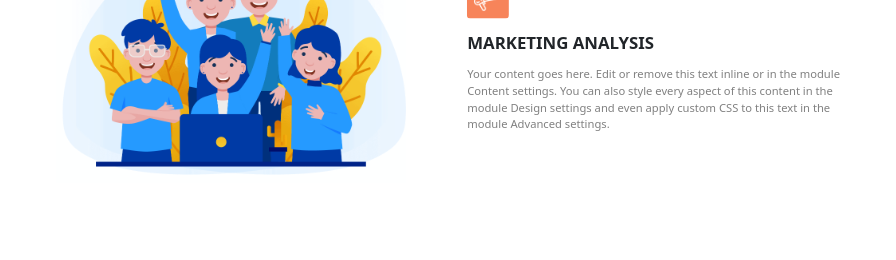
Repository: meherujjahan/Molti-website
Page: index.html
These files come from the project's save history. The page is drawn as it stood at one moment and after the next save; the edit follows.
The browser window is 1280 px wide. The pictures show the part of the page from y = 3579 to 5499 px (the page is 3951 px tall before and 5499 px after), at 70% of full size.
Some web libraries are served in a nearby version.

Above is the page before, as saved 2022-03-08 20:10:30.

### index.html
<!DOCTYPE html>
<html lang="en">
  <head>
    <meta charset="UTF-8" />
    <meta http-equiv="X-UA-Compatible" content="IE=edge" />
    <meta name="viewport" content="width=device-width, initial-scale=1.0" />

    <!-- bootstrap stylesheet -->
    <link
      href="https://cdn.jsdelivr.net/npm/bootstrap@5.1.3/dist/css/bootstrap.min.css"
      rel="stylesheet"
      integrity="sha384-1BmE4kWBq78iYhFldvKuhfTAU6auU8tT94WrHftjDbrCEXSU1oBoqyl2QvZ6jIW3"
      crossorigin="anonymous"
    />
    <!-- font awesome -->
    <script
      src="https://kit.fontawesome.com/c5589b6d71.js"
      crossorigin="anonymous"
    ></script>
    <!-- google font  -->
    <style>
      @import url("https://fonts.googleapis.com/css2?family=Roboto&display=swap");
    </style>
    <!-- CSS styleSheet -->
    <link rel="stylesheet" href="myStyle.css" />
    <title>Molti Wesite</title>
  </head>
  <body>
    <header>
      <div class="header">
        <div>
          <nav class="navbar navbar-expand-lg fw-bold navbar-light bg-light">
            <div class="container-fluid">
              <img class="logo-img" src="/Image/Molti-Logo.png" alt="" />
              <button
                class="navbar-toggler"
                type="button"
                data-bs-toggle="collapse"
                data-bs-target="#navbarNavDropdown"
                aria-controls="navbarNavDropdown"
                aria-expanded="false"
                aria-label="Toggle navigation"
              >
                <span class="navbar-toggler-icon"></span>
              </button>
              <div class="collapse navbar-collapse" id="navbarNavDropdown">
                <ul class="navbar-nav">
                  <li class="nav-item">
                    <a class="nav-link active" aria-current="page" href="#"
                      >Home</a
                    >
                  </li>
                  <li class="nav-item dropdown">
                    <a
                      class="nav-link dropdown-toggle"
                      href="#"
                      id="navbarDropdownMenuLink1"
                      role="button"
                      data-bs-toggle="dropdown"
                      aria-expanded="false"
                    >
                      Pages
                    </a>
                    <ul
                      class="dropdown-menu"
                      aria-labelledby="navbarDropdownMenuLink"
                    >
                      <li><a class="dropdown-item" href="#">Action</a></li>
                      <li>
                        <a class="dropdown-item" href="#">Another action</a>
                      </li>
                      <li>
                        <a class="dropdown-item" href="#"
                          >Something else here</a
                        >
                      </li>
                    </ul>
                  </li>
                  <li class="nav-item dropdown">
                    <a
                      class="nav-link dropdown-toggle"
                      href="#"
                      id="navbarDropdownMenuLink2"
                      role="button"
                      data-bs-toggle="dropdown"
                      aria-expanded="false"
                    >
                      Services
                    </a>
                    <ul
                      class="dropdown-menu"
                      aria-labelledby="navbarDropdownMenuLink"
                    >
                      <li><a class="dropdown-item" href="#">Action</a></li>
                      <li>
                        <a class="dropdown-item" href="#">Another action</a>
                      </li>
                      <li>
                        <a class="dropdown-item" href="#"
                          >Something else here</a
                        >
                      </li>
                    </ul>
                  </li>
                  <li class="nav-item dropdown">
                    <a
                      class="nav-link dropdown-toggle"
                      href="#"
                      id="navbarDropdownMenuLink3"
                      role="button"
                      data-bs-toggle="dropdown"
                      aria-expanded="false"
                    >
                      Blogs
                    </a>
                    <ul
                      class="dropdown-menu"
                      aria-labelledby="navbarDropdownMenuLink"
                    >
                      <li><a class="dropdown-item" href="#">Action</a></li>
                      <li>
                        <a class="dropdown-item" href="#">Another action</a>
                      </li>
                      <li>
                        <a class="dropdown-item" href="#"
                          >Something else here</a
                        >
                      </li>
                    </ul>
                  </li>
                  <li class="nav-item dropdown">
                    <a
                      class="nav-link dropdown-toggle"
                      href="#"
                      id="navbarDropdownMenuLink4"
                      role="button"
                      data-bs-toggle="dropdown"
                      aria-expanded="false"
                    >
                      Portfolio
                    </a>
                    <ul
                      class="dropdown-menu"
                      aria-labelledby="navbarDropdownMenuLink"
                    >
                      <li><a class="dropdown-item" href="#">Action</a></li>
                      <li>
                        <a class="dropdown-item" href="#">Another action</a>
                      </li>
                      <li>
                        <a class="dropdown-item" href="#"
                          >Something else here</a
                        >
                      </li>
                    </ul>
                  </li>
                  <li class="nav-item dropdown">
                    <a
                      class="nav-link dropdown-toggle"
                      href="#"
                      id="navbarDropdownMenuLink5"
                      role="button"
                      data-bs-toggle="dropdown"
                      aria-expanded="false"
                    >
                      Header & Footer
                    </a>
                    <ul
                      class="dropdown-menu"
                      aria-labelledby="navbarDropdownMenuLink"
                    >
                      <li><a class="dropdown-item" href="#">Action</a></li>
                      <li>
                        <a class="dropdown-item" href="#">Another action</a>
                      </li>
                      <li>
                        <a class="dropdown-item" href="#"
                          >Something else here</a
                        >
                      </li>
                    </ul>
                  </li>
                  <li class="nav-item">
                    <a class="nav-link active" aria-current="page" href="#"
                      >Elements</a
                    >
                  </li>
                  <li>
                    <button class="btn">GET STARTED</button>
                  </li>
                </ul>
              </div>
            </div>
          </nav>
        </div>
      </div>
    </header>
    <main>
      <!-- Banner section -->
      <section>
        <div class="Banner">
          <div class="Banner-text">
            <b>CREATIVE MARKETING</b>
            <h1>
              Get Your Professional <br />
              Website Done With <span>Molti</span>
            </h1>
            <p>
              At vero eos et accusamus iusto odio dignissimos ducimus qui
              blanditiis <br />
              praesentium voluptatum deleniti atque corrupti quos at dolores
              molestias <br />
              excepturi sint occaecati cupiditate.
            </p>
            <div class="Banner-btn">
              <button>ABOUT US</button><button>OUR SERVICES</button>
            </div>
          </div>
          <div>
            <img
              class="Banner-img"
              src="Image/Hero-Illustration-Molti.png"
              alt=""
            />
          </div>
        </div>
      </section>
      <!-- services section -->
      <section>
        <div class="services">
          <div class="service-text">
            <h1>Our <span>Services</span></h1>
            <p>
              Maecenas tempus tellus eget condimentum rhoncus sem quam <br />
              semper libero pulvinar hendrerit id lorem.
            </p>
          </div>

          <div class="service-card">
            <div class="single-card">
              <img src="/Image/Web-Design.png" alt="" />
              <h3>Web Design</h3>
              <p>
                Et harum quidem rerum facilis <br />
                expedita distinctio nam libero <br />
                tempore cum quibusdam nobis.
              </p>
              <i class="fa-solid icon fa-arrow-right-long"></i>
            </div>
            <div class="single-card">
              <img src="/Image/web-developement.png" alt="" />
              <h3>Web Development</h3>
              <p>
                Et harum quidem rerum facilis <br />
                expedita distinctio nam libero <br />
                tempore cum quibusdam nobis.
              </p>
              <i class="fa-solid icon fa-arrow-right-long"></i>
            </div>
            <div class="single-card">
              <img src="/Image/molti-hosting-service.png" alt="" />
              <h3>Web Hosting</h3>
              <p>
                Et harum quidem rerum facilis <br />
                expedita distinctio nam libero <br />
                tempore cum quibusdam nobis.
              </p>
              <i class="fa-solid icon fa-arrow-right-long"></i>
            </div>
          </div>
        </div>
      </section>
      <!-- ABOUT US SECTION -->
      <section>
        <div class="aboutUs">
          <div class="about-text">
            <h1>About <span>Us</span></h1>
            <p>
              Maecenas tempus tellus eget condimentum rhoncus sem quam <br />
              semper libero pulvinar hendrerit id lorem.
            </p>
          </div>
          <div class="aboutUs-card">
            <div class="aboutUs-single-card">
              <div class="aboutUs-1stCard">
                <h3>
                  We’re <span>Passionate</span> About <br />
                  Creating beautiful
                  <span
                    >web <br />
                    Projects</span
                  >
                  for people
                </h3>
                <p>
                  At vero eos accusamus iusto odio dignissim <br />
                  ducimus a blandi praesentium voluptatum <br />
                  deleniti.
                </p>
                <button class="aboutUs-btn">
                  ABOUT US <i class="fa-solid icon2 fa-arrow-right-long"></i>
                </button>
              </div>
            </div>
            <div class="aboutUs-single-card">
              <img src="Image/Our-Mission.png" alt="" />
              <h5>OUR MISSION</h5>
              <p>
                At vero eos accusamus iusto odio dignissim <br />
                ducimus a blandi praesentium voluptatum <br />
                deleniti atque corrupti quos dolores et quas <br />
                molestias excepturi sit occaecati cupiditate <br />
                provident similique sunt.
              </p>
            </div>
            <div class="aboutUs-single-card">
              <img src="Image/Our-Vision.png" alt="" />
              <h5>OUR VISION</h5>
              <p>
                At vero eos accusamus iusto odio dignissim <br />
                ducimus a blandi praesentium voluptatum <br />
                deleniti atque corrupti quos dolores et quas <br />
                molestias excepturi sit occaecati cupiditate <br />
                provident similique sunt.
              </p>
            </div>
          </div>
        </div>
      </section>
      <!-- WORK PROCESS SECTION -->
      <section>
        <div class="work-process">
          <div class="workProcess-text">
            <h2>Our Process of Work</h2>
            <p></p>
          </div>
          <div class="WP-all-card">
            <div class="WP-card">
              <div class="WP-single-card">
                <div>
                  <img src="Image/Strategy.png" alt="" />
                </div>
                <div>
                  <h4>Strategy</h4>
                  <p class="WP-text-border">
                    Your content goes here. Edit or remove <br />
                    this text inline or in the module Content <br />
                    settings. You can also style every aspect <br />
                    of this content in the module Design <br />
                    settings.
                  </p>
                </div>
              </div>
              <div class="WP-single-card">
                <div>
                  <img src="Image/Design.png" alt="" />
                </div>
                <div>
                  <h4>Design</h4>
                  <p>
                    Your content goes here. Edit or remove <br />
                    this text inline or in the module Content <br />
                    settings. You can also style every aspect <br />
                    of this content in the module Design <br />
                    settings.
                  </p>
                </div>
              </div>
            </div>
            <div>
              <img src="Image/Work-Process.png" alt="" />
            </div>
            <div>
              <div class="WP-card">
                <div class="WP-single-card">
                  <div>
                    <img src="Image/Development-icon.png" alt="" />
                  </div>
                  <div>
                    <h4>Development</h4>
                    <p class="WP-text-border">
                      Your content goes here. Edit or remove <br />
                      this text inline or in the module Content <br />
                      settings. You can also style every aspect <br />
                      of this content in the module Design <br />
                      settings.
                    </p>
                  </div>
                </div>
                <div class="WP-single-card">
                  <div>
                    <img src="Image/UA-Testing.png" alt="" />
                  </div>
                  <div>
                    <h4>UA Testing</h4>
                    <p>
                      Your content goes here. Edit or remove <br />
                      this text inline or in the module Content <br />
                      settings. You can also style every aspect <br />
                      of this content in the module Design <br />
                      settings.
                    </p>
                  </div>
                </div>
              </div>
            </div>
          </div>
        </div>
      </section>
      <!-- FEATURE SECTION -->
      <section>
        <div class="features">
          <div class="feature-text">
            <h1>Our<span> Features</span></h1>
            <p>
              Maecenas tempus tellus eget condimentum rhoncus sem quam <br />
              semper libero pulvinar hendrerit id lorem.
            </p>
          </div>
          <div>
            <div class="feature-banner">
              <div>
                <img src="Image/Easy-Work-Process.png" alt="" />
              </div>
              <div class="feature-banner-text">
                <img src="Image/Work-Process (1).png" alt="" />

                <h4>EASY WORK PROCESS</h4>

                <p>
                  Your content goes here. Edit or remove this text inline or in
                  the module <br />
                  Content settings. You can also style every aspect of this
                  content in the <br />
                  module Design settings and even apply custom CSS to this text
                  in the <br />
                  module Advanced settings.
                </p>
              </div>
            </div>
            <div class="feature-banner">
              <div class="feature-banner-text">
                <img src="Image/Team-Icon.png" alt="" />

                <h4>MANAGED TEAM WORK</h4>

                <p>
                  Your content goes here. Edit or remove this text inline or in
                  the module <br />
                  Content settings. You can also style every aspect of this
                  content in the <br />
                  module Design settings and even apply custom CSS to this text
                  in the <br />
                  module Advanced settings.
                </p>
              </div>
              <div>
                <img src="Image/Marketing.png" alt="" />
              </div>
            </div>
            <div class="feature-banner">
              <div>
                <img src="Image/Managed-Team-Work.png" alt="" />
              </div>
              <div class="feature-banner-text">
                <img src="Image/Marketing-icon.png" alt="" />

                <h4>MARKETING ANALYSIS</h4>

                <p>
                  Your content goes here. Edit or remove this text inline or in
                  the module <br />
                  Content settings. You can also style every aspect of this
                  content in the <br />
                  module Design settings and even apply custom CSS to this text
                  in the <br />
                  module Advanced settings.
                </p>
              </div>
            </div>
          </div>
        </div>
      </section>
    </main>
  </body>
</html>

### myStyle.css
/* ------------
header section
--------------*/
.header {
  font-family: "Roboto", sans-serif;
}
.logo-img {
  width: 150px;
  margin: 25px;
  padding-right: 10px;
  border-right: 1px solid gray;
}
.btn {
  font-family: "Roboto", sans-serif;
  margin-left: 100px;
  background-color: rgb(238, 110, 63);
  border: none;
  border-radius: 4px;
  padding: 10px;
  padding-left: 20px;
  padding-right: 20px;
  color: white;
  font-weight: 700;
}
/* -------------
              Banner  section
              --------------*/
.Banner {
  display: flex;
  justify-content: space-between;
  padding: 60px;
  margin-top: 40px;
}
.Banner-text {
  text-align: left;
}
.Banner-text span {
  color: rgb(238, 110, 63);
}
.Banner-text b {
  color: rgba(19, 19, 150, 0.87);
}
.Banner-text h1 {
  font-weight: 700;
}
.Banner-text p {
  color: gray;
}

.Banner-img {
  width: 500px;
}
.Banner-btn {
  display: flex;
  justify-content: flex-start;
}
.Banner-btn button {
  margin-left: 10px;
  background-color: rgb(238, 110, 63);
  border: none;
  border-radius: 4px;
  padding: 10px;
  padding-left: 20px;
  padding-right: 20px;
  color: white;
  font-weight: 700;
}
/*----------------
 services section
 ----------------*/
.services {
  margin: 50px;
  align-items: center;
}
.service-text {
  text-align: center;
  align-items: center;
  padding: 20px;
}
.service-text p {
  color: gray;
  font-weight: 400;
}
.service-text h1 {
  /* font-weight: 500; */
  font-size: 50px;
}
.service-text span {
  color: rgb(253, 114, 64);
}
.service-card {
  display: flex;
  justify-content: space-around;
  text-align: center;
}

.single-card img {
  width: 120px;
  padding: 20px;
}
.single-card h3 {
  color: rgb(253, 114, 64);
  font-weight: 500;
}
/* .service-card :hover {
  padding: 10px;
  border: 3px solid rgb(253, 114, 64);
  border-radius: 5px;
} */
.icon {
  color: rgb(253, 114, 64);
  font-size: 50px;
}
/* --------------
about us section
----------------- */
.aboutUs {
  padding: 20px;
  background-color: rgb(240, 244, 248);
}

.about-text {
  font-family: "Roboto", sans-serif;
  align-items: center;
  padding: 20px;
  margin: 20px;
  text-align: center;
}
.about-text p {
  color: gray;
  font-weight: 400;
}
.about-text h1 {
  /* font-weight: 500; */
  font-size: 50px;
}
.about-text span {
  color: rgb(253, 114, 64);
}
/* all card */

.aboutUs-card {
  display: flex;
  justify-content: space-around;
  margin: 20px;
}
/* single card style */
.aboutUs-single-card {
  text-align: start;
}
.aboutUs-single-card h5 {
  font-weight: bold;
}
.aboutUs-single-card h3 {
  font-weight: bold;
}
.aboutUs-single-card span {
  color: rgb(253, 114, 64);
}
.aboutUs-single-card img {
  width: 50px;
  padding-bottom: 10px;
}
.aboutUs-single-card p {
  color: gray;
  font-weight: 400;
}
.aboutUs-1stCard {
  border-right: 2px solid gainsboro;
  padding-right: 15px;
}
/* Button */
.aboutUs-btn {
  background-color: rgb(238, 110, 63);
  border: none;
  border-radius: 4px;
  padding: 10px;
  padding-left: 20px;
  padding-right: 20px;
  color: white;
  font-weight: 700;
}
.icon2 {
  color: white;
}

/* --------------
WORK PROCESS
----------------*/

.work-process {
  margin: 50px;
  padding: 20px;
}
.workProcess-text {
  text-align: center;
}
.workProcess-text h2 {
  color: rgb(238, 110, 63);
}
.workProcess-text p {
  border-bottom: 3px solid rgb(238, 110, 63);
  width: 80px;
  margin: auto;
}
.WP-single-card {
  display: flex;
  text-align: start;
}
.WP-all-card {
  margin-top: 50px;
  display: flex;
  justify-content: space-around;
}
.WP-all-card img {
  width: 350px;
}
.WP-text-border {
  border-bottom: 1px solid gainsboro;
  margin-bottom: 40px;
  padding-bottom: 40px;
}

.WP-single-card p {
  color: gray;
  font-weight: 400;
}
.WP-single-card h4 {
  font-weight: bold;
}
.WP-single-card img {
  width: 40px;
  padding-right: 10px;
}
/* --------------
FEATURE SECTION
----------------- */
.features {
  padding: 40px;
  margin-bottom: 30px;
}
.feature-text {
  text-align: center;
}
.feature-text span {
  color: rgb(238, 110, 63);
}
.feature-text p {
  color: gray;
  font-weight: 400;
}
.feature-text h1 {
  font-size: 50px;
}
.feature-banner {
  margin-top: 30px;
  display: flex;
  justify-content: space-between;
  text-align: start;
  padding: 40px;
}
.feature-banner img {
  width: 500px;
}
.feature-banner-text h4 {
  padding-top: 20px;
  padding-bottom: 10px;
  font-weight: bold;
}
.feature-banner-text p {
  color: gray;
  font-weight: 400;
}
.feature-banner-text {
  padding-top: 100px;
}
.feature-banner-text img {
  width: 60px;
  background-color: rgba(247, 125, 81, 0.945);
  border-radius: 5px;
  padding: 10px;
}

After the next save:
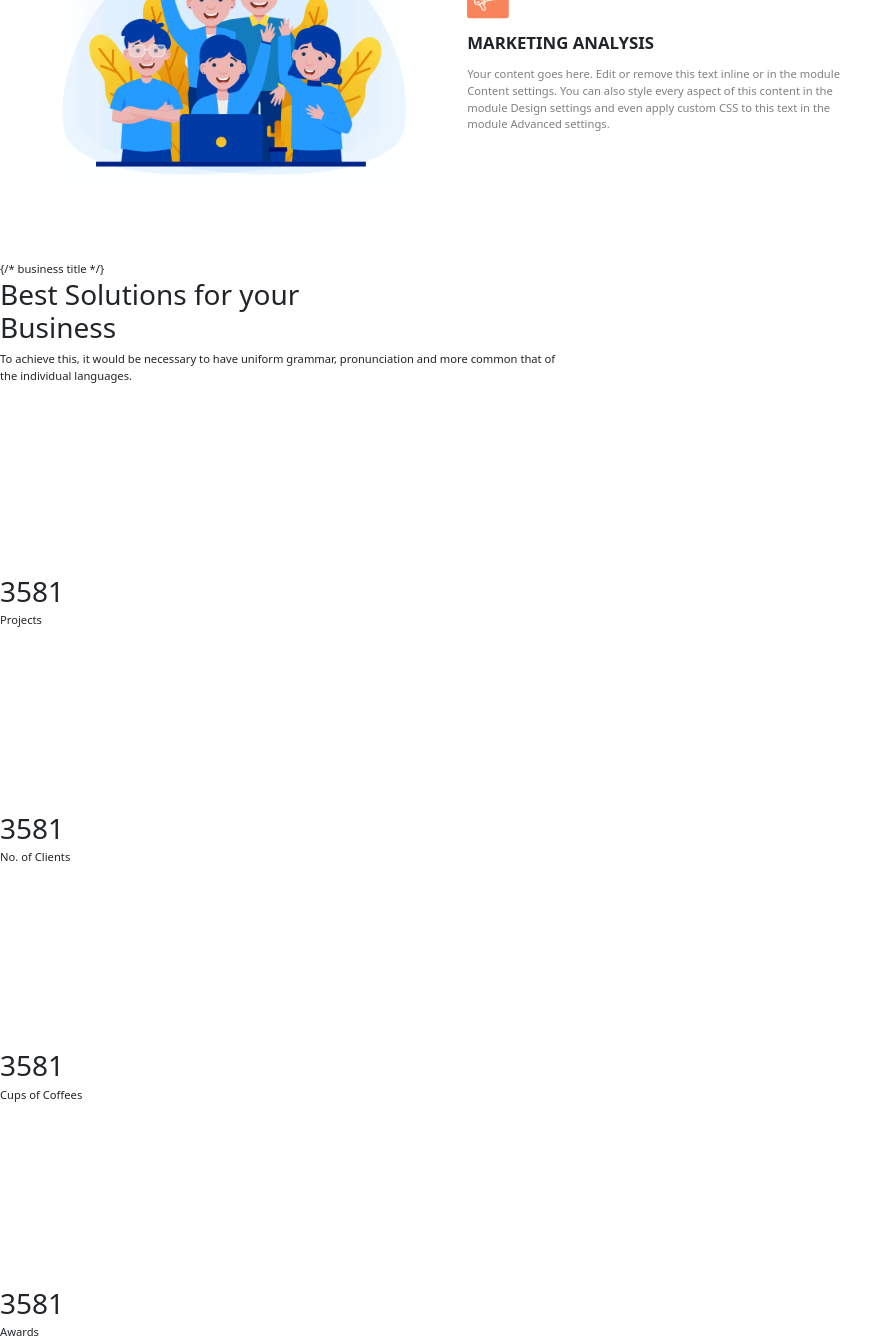
Saved 15 min 37 s later.
--- a/index.html
+++ b/index.html
@@ -407,7 +407,9 @@
           </div>
         </div>
       </section>
-      <!-- FEATURE SECTION -->
+      <!------------------
+         FEATURE SECTION
+        ------------------->
       <section>
         <div class="features">
           <div class="feature-text">
@@ -481,6 +483,49 @@
           </div>
         </div>
       </section>
+      <!----------------
+         BUSINESS SECTION
+        ------------------>
+      <section>
+        <div class="business">
+          {/* business title */}
+          <div class="business-text">
+            <h1>
+              Best Solutions for your <br />
+              <span>Business</span>
+            </h1>
+            <p>
+              To achieve this, it would be necessary to have uniform grammar,
+              pronunciation and more common that of <br />
+              the individual languages.
+            </p>
+            <div>
+              <div class="business-icon">
+                <div>
+                  <img src="Image/Projects.png" alt="" />
+                  <h1>3581</h1>
+                  <h6>Projects</h6>
+                </div>
+                <div>
+                  <img src="Image/Clients.png" alt="" />
+                  <h1>3581</h1>
+                  <h6>No. of Clients</h6>
+                </div>
+                <div>
+                  <img src="Image/Coffees.png" alt="" />
+                  <h1>3581</h1>
+                  <h6>Cups of Coffees</h6>
+                </div>
+                <div>
+                  <img src="Image/Awards.png" alt="" />
+                  <h1>3581</h1>
+                  <h6>Awards</h6>
+                </div>
+              </div>
+            </div>
+          </div>
+        </div>
+      </section>
     </main>
   </body>
 </html>
